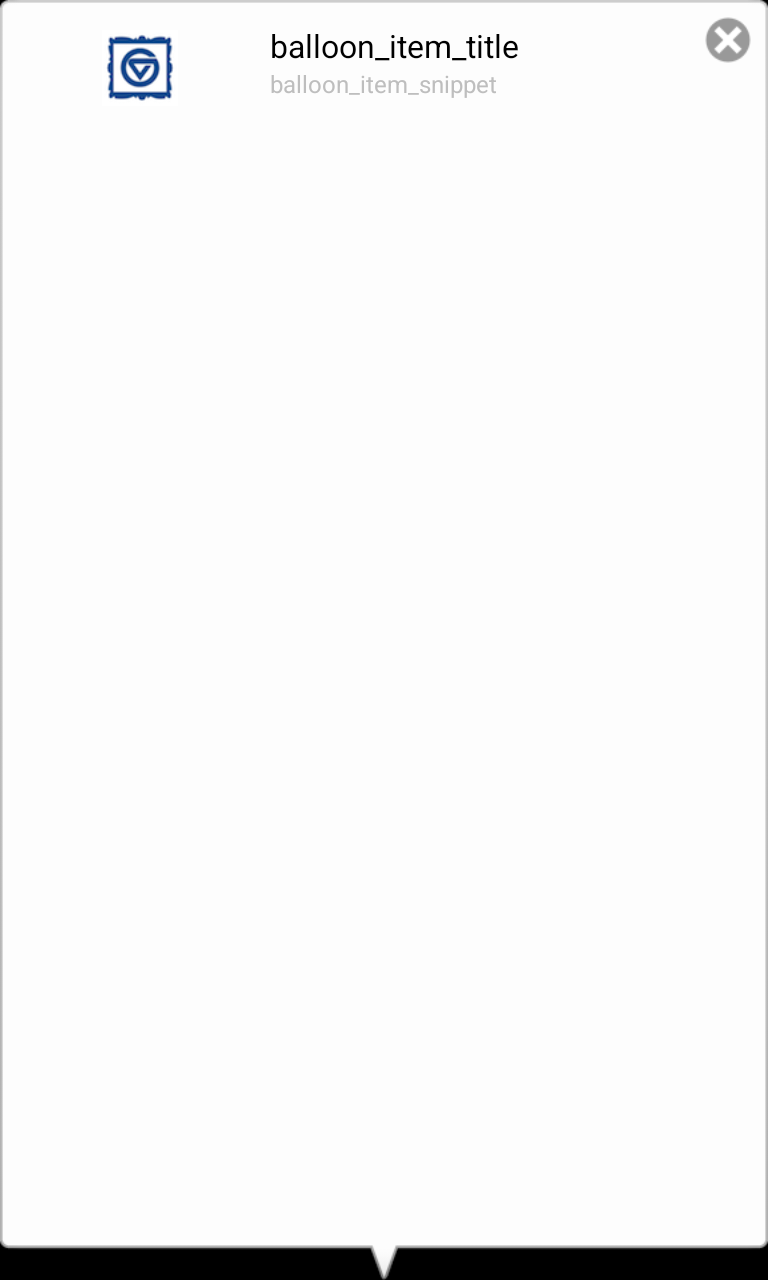
Repository: markminuth/Art-at-GVSU-Android-edition
Layout: version1.0/res/layout/balloon_overlay.xml
The author's editor kept a copy of each file at every save. The layout is drawn from the files as they stood at one save, then again after the next save.
It is drawn on a 768 x 1280 px phone screen (xhdpi) without system bars, with theme android:Theme.NoTitleBar; the app's code is not run.

Above is the layout before, as saved 2012-03-30 01:25:50.

After the next save:
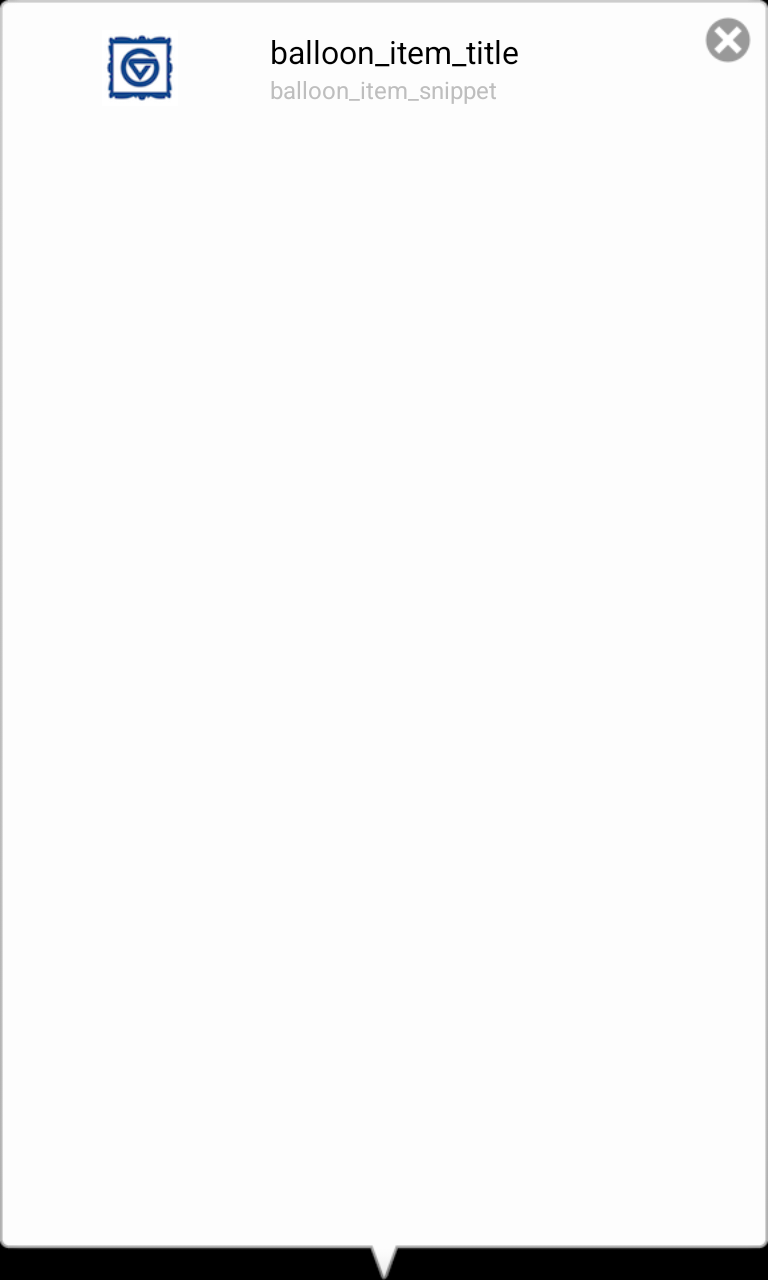
Saved 5 min 43 s later.
--- a/version1.0/res/layout/balloon_overlay.xml
+++ b/version1.0/res/layout/balloon_overlay.xml
@@ -24,7 +24,7 @@
 		android:layout_height="wrap_content"
 		android:orientation="vertical"
 		android:layout_weight="1"
-		android:paddingTop="12dip"
+		android:paddingTop="15dip"
 		android:paddingLeft="5dip"
 		android:id="@+id/balloon_inner_layout">
 		<TextView android:layout_height="wrap_content"
